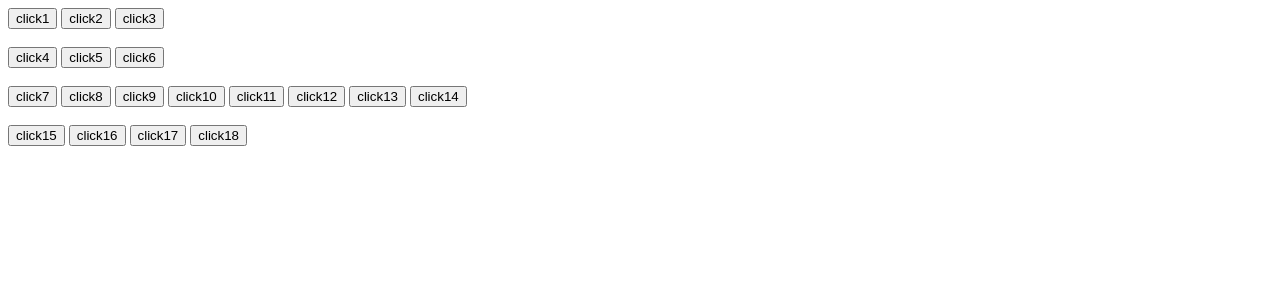
Repository: hong-bi/JsonStudy
Page: JsonApp01/WebContent/JsonTest10.html
The author's editor kept a copy of each file at every save. The page is drawn from the files as they stood at one save, then again after the next save.
The browser window is 1280 px wide. The pictures show the whole page.

Above is the page before, as saved 2019-05-31 07:04:53.

After the next save:
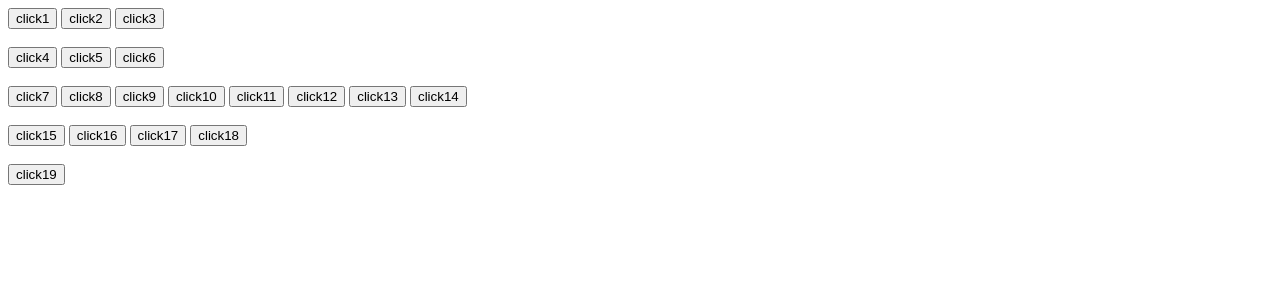
Saved 29 s later.
--- a/JsonApp01/WebContent/JsonTest10.html
+++ b/JsonApp01/WebContent/JsonTest10.html
@@ -54,6 +54,11 @@
 	<input type="button" value="click17" onclick="alert(typeof obj6_2[1])">
 	<input type="button" value="click18" onclick="alert(typeof obj6_2[2])">
 
+	<br><br>
+
+	<input type="button" value="click19" onclick="alert(obj6_2[1] + obj6_2[2])">
+
+
 
 
 </form>
